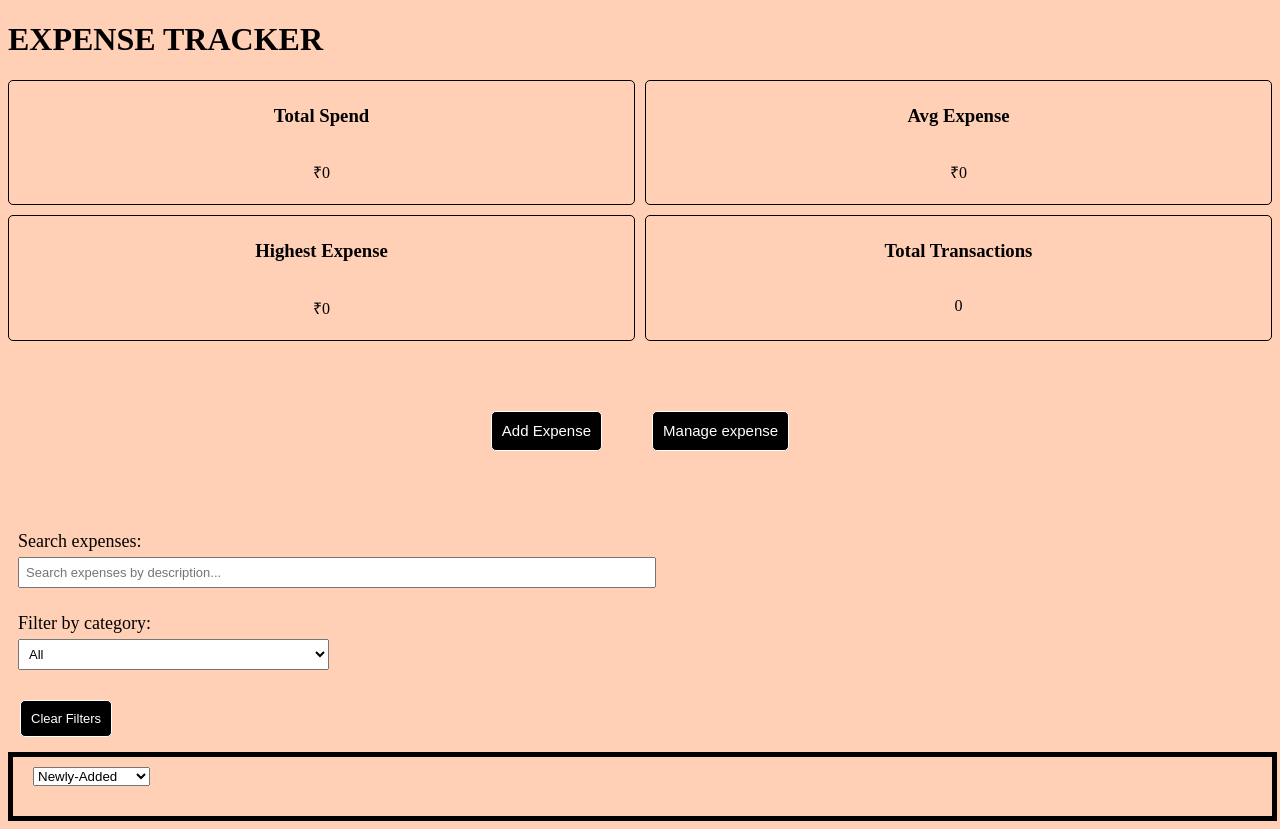
Repository: Gaurav124937/Expense-Tracker
Page: index.html
These files come from the project's save history. The page is drawn as it stood at one moment and after a run of saves; the edit follows.
The browser window is 1280 px wide. The pictures show the whole page.

Above is the page before, as saved 2026-09-21 21:04:33.

After the next 4 saves:
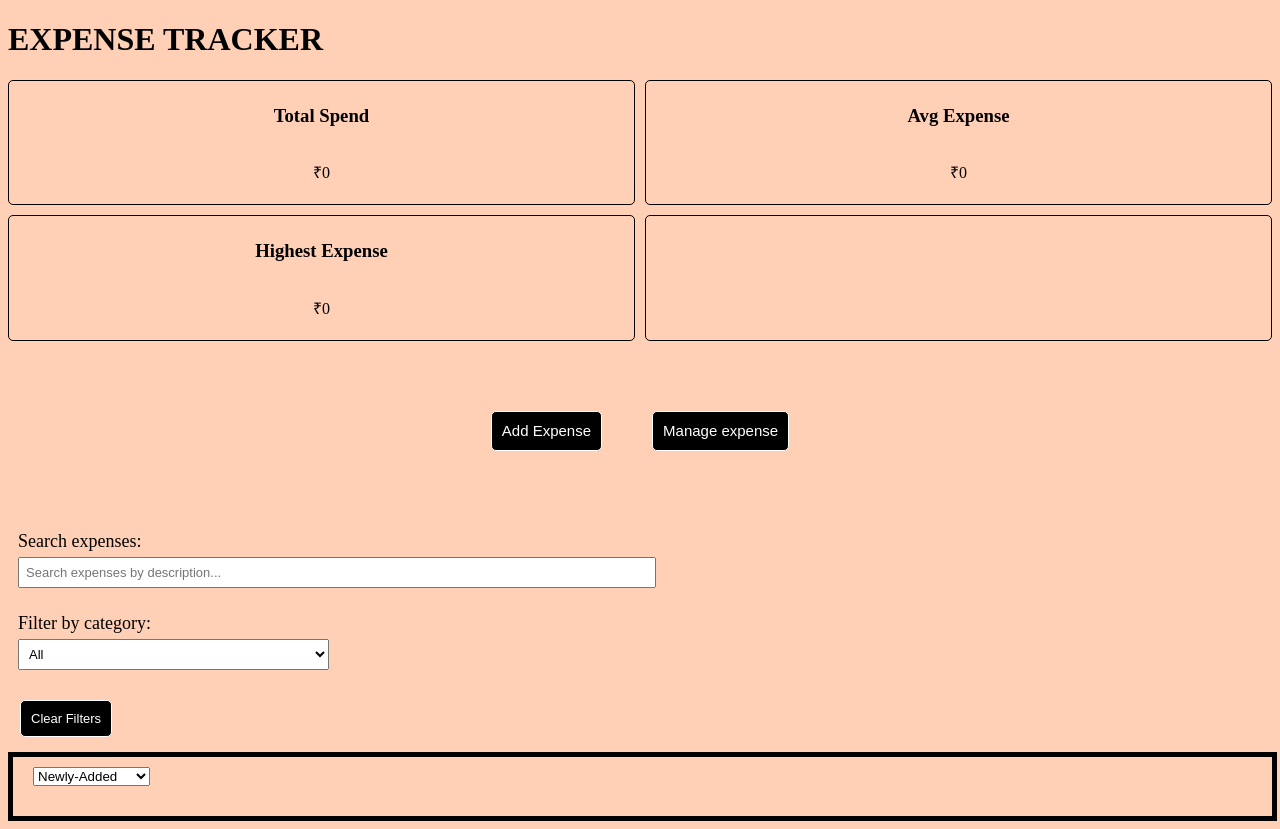
Console error: SyntaxError: Unexpected token ')'
The 4 saves are shown as one change because they came seconds apart.
The last was saved 28 s later.
--- a/script.js
+++ b/script.js
@@ -265,6 +265,7 @@
   const month = String(today.getMonth() + 1).padStart(2,"0") ;
   const day = String(today.getDate()).padStart(2,"0");
   const todayDate = year+"-"+month+"-"+day;
-  console.log(todayDate);
+  if()
+
 }
 updateDailyExpense();

After the save that followed:
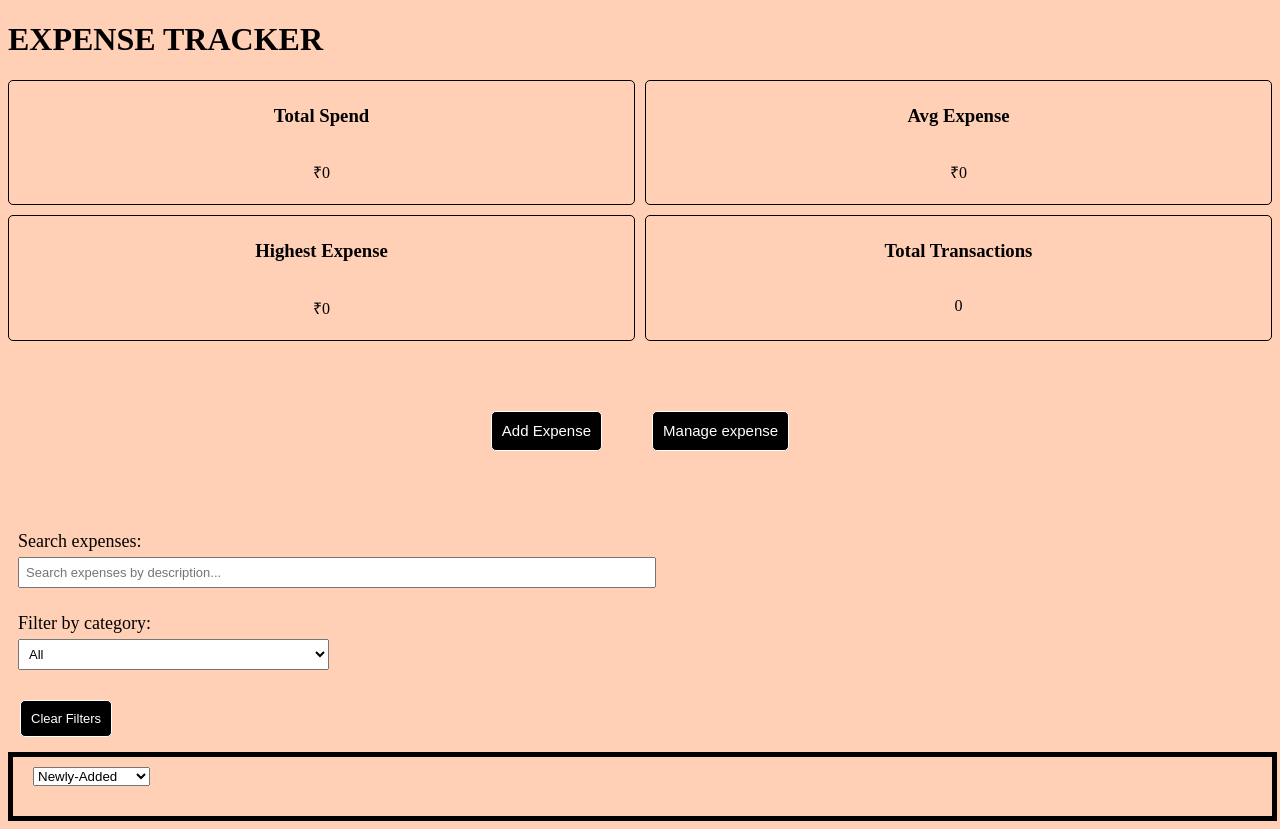
The error is gone.
Saved 4 s later.
--- a/script.js
+++ b/script.js
@@ -265,7 +265,7 @@
   const month = String(today.getMonth() + 1).padStart(2,"0") ;
   const day = String(today.getDate()).padStart(2,"0");
   const todayDate = year+"-"+month+"-"+day;
-  if()
+
 
 }
 updateDailyExpense();
